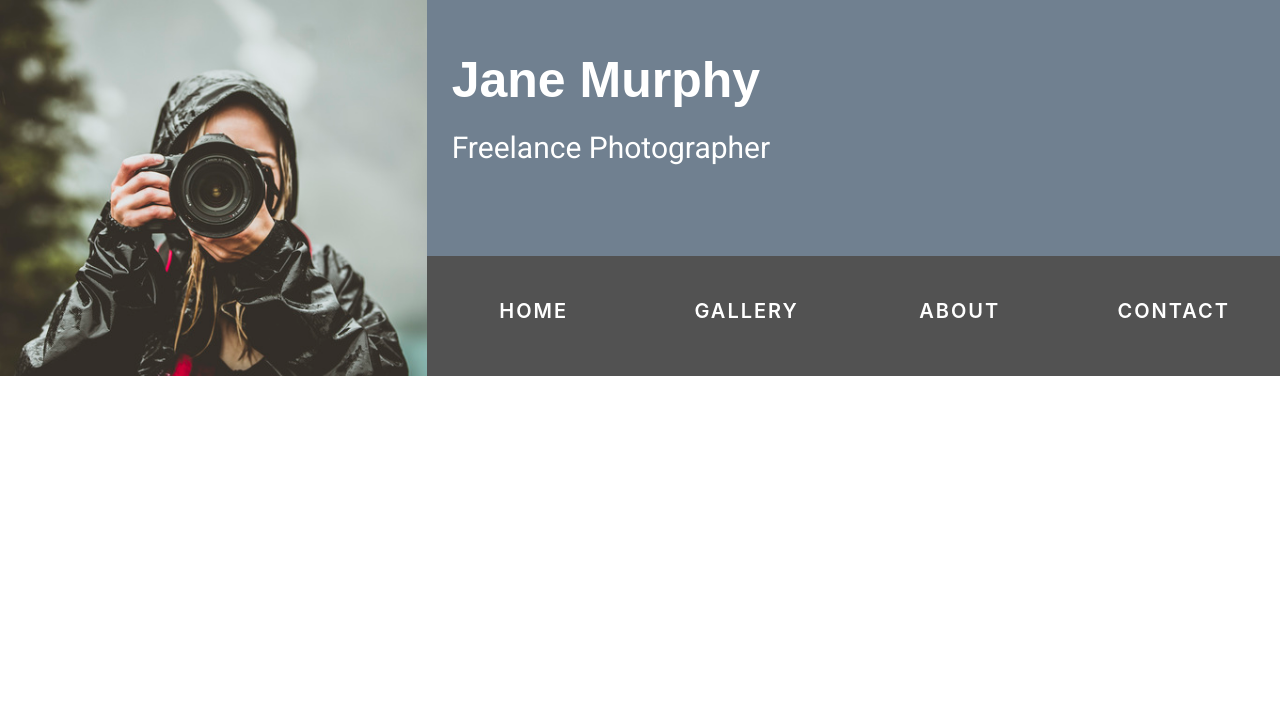
Repository: Code-Institute-Submissions/MrChrisRandall-milestone-1
Page: contact.html
The author's editor kept a record of every edit. The page is drawn from the files as they stood at one moment, then again after the next edit.
The browser window is 1280 px wide. The pictures show the whole page.

Above is the page before.

### contact.html
<!DOCTYPE html>
<html lang="en">

<head>
    <meta charset="UTF-8">
    <meta name="viewport" content="width=device-width, initial-scale=1.0">
    <meta http-equiv="X-UA-Compatible" content="ie=edge">
    <link rel="stylesheet" href="https://stackpath.bootstrapcdn.com/bootstrap/4.3.1/css/bootstrap.min.css" type="text/css" />
    <link rel="stylesheet" href="https://stackpath.bootstrapcdn.com/font-awesome/4.7.0/css/font-awesome.min.css" type="text/css" />
    <link rel="stylesheet" href="https://cdnjs.cloudflare.com/ajax/libs/hover.css/2.3.1/css/hover-min.css" type="text/css" />
    <link rel="stylesheet" href="assets/css/style.css" type="text/css" />
    <title>Studio 21</title>
</head>

<body>
    <header>
        <div class="row no-gutters">
            <a href="contact.html" class="col-md-4 logo">

            </a>
            <div class="col-md-8">
                <div class="row no-gutters bg-color-name-title">
                    <div class="col heading">
                        <h1 class="name">Jane Murphy</h1>
                        <h2 class="title">Freelance Photographer</h2>
                    </div>
                </div>
                <div class="row no-gutters">
                    <div class="col">
                        <ul id="nav" class="list-inline menucontainer">
                            <li class="col-2 col-sm-3 ui-menu-color-home list-inline-item menuitem">
                                <a href="#" class="hvr-grow-shadow"><span>Home</span></a>
                            </li>
                            <li class="col-2 col-sm-3 ui-menu-color-gallery list-inline-item menuitem">
                                <a href="#" class="hvr-grow-shadow"><span>Gallery</span></a>
                            </li>
                            <li class="col-2 col-sm-3 ui-menu-color-about list-inline-item menuitem">
                                <a href="#"class="hvr-grow-shadow"><span>About</span></a>
                            </li>
                            <li class="col-2 col-sm-3 ui-menu-color-contact list-inline-item menuitem">
                                <a href="#" class="hvr-grow-shadow"><span>Contact</span></a>
                            </li>
                        </ul>
                    </div>
                </div>

            </div>
        </div>

    </header>

    <section>

### assets/css/style.css
@import url('https://fonts.googleapis.com/css?family=Roboto&display=swap:100,200,300,400,500,600,700|Exo:100,200,300,400,500,600,700');


/*--------------------------------------------------Colors*/

.bg-color-name-title {
    background-color: #708090;
}

.ui-menu-color-home {
    background-color: #525252;
}

.ui-menu-color-gallery {
    background-color: #525252;
}

.ui-menu-color-about {
    background-color: #525252;
}

.ui-menu-color-contact {
    background-color: #525252;
}

/*--------------------------------------------------General*/

h1,
h2,
h3,
h4 {
    margin: 0;
}

.uppercase {
    text-transform: uppercase;
}

.general-sub {
    font-family: "Exo", sans-serif;
    font-weight: 300;
    color: #fafafa
}

.inline-block {
    display: inline-block;
}

.row-table {
    display: table;
}

.section-column {
    display: table-cell;
    padding: 0 30px 30px;
    float: none;
}

.history-heading,
.section-heading {
    font-family: "Exo", sans-serif;
    font-weight: 300;
    margin-top: 25px;
    margin-bottom: 40px;
}

/*--------------------------------------------------Header*/

.header {
    margin: 0;
}

.heading {
    margin-left: 25px;
}

.logo {
    background: url(../images/pic.jpg);
    background-position: center;
    background-repeat: no-repeat;
    background-size: cover;
    min-height: 360px;
}

.name {
    font-family: "Exo", sans-serif;
    font-weight: 600;
    font-size: 50px;
    margin-top: 50px;
    color: #fff;
}

.title {
    font-family: "Roboto", sans-serif;
    font-weight: 400;
    font-size: 30px;
    margin-top: 20px;
    margin-bottom: 90px;
    color: #fff;
}

.list-inline-item:not(:last-child) {
    margin: 0;
}

.menucontainer {
    font-size: 0;
}

#nav {
    margin: 0;
}

#nav li {
    font-size: 14px;
    padding: 0;
}

.menuitem {
    height: 120px;
    text-align: center;
    padding: 0;
}

.menuitem a {
    width: 100%;
    text-decoration: none;
    color: #fff;
    height: 120px;
}

.menuitem span {
    display: block;
    width: 100%;
    padding-top: 40px;
    text-align: center;
    text-transform: uppercase;
    font-size: 20px;
    font-weight: 600;
    letter-spacing: 2px;
}

/*--------------------------------------------------Footer*/

footer {
    background-color: #525252;
    color: #fafafa;
    min-height: 120px;
    margin: 0;
}

.contact-link i {
    width: 32px;
    height: 32px;
    padding: 12px 0;
    border-radius: 50%;
    font-size: 13px;
    line-height: 7px;
    text-align: center;
    color: #fafafa;
    background: #8f8f8f;
    transition: all 0.35s ease-in-out;
    -moz-transition: all 0.35s ease-in-out;
    -webkit-transition: all 0.35s ease-in-out;
    -o-transition: all 0.35s ease-in-out;
}

.social-links {
    padding-bottom: 15px;
}

.social-links li a i {
    width: 32px;
    height: 32px;
    padding: 12px 0;
    border-radius: 50%;
    font-size: 13px;
    line-height: 7px;
    text-align: center;
    color: #fafafa;
    background: #8f8f8f;
    transition: all 0.35s ease-in-out;
    -moz-transition: all 0.35s ease-in-out;
    -webkit-transition: all 0.35s ease-in-out;
    -o-transition: all 0.35s ease-in-out;
}

.social-links li a i:hover {
    background: #708090;
}

#footer-details {
    padding: 20px;
}

/*--------------------------------------------------Personal Info*/

.personal-info-item {
    margin-bottom: 20px;
    display: block;
    clear: both;
}

.personal-info-item .key,
.personal-info-item .value {
    padding-right: 8px;
    display: inline-block;
}

.personal-info-item .key p,
.personal-info-item .value p {
    margin: 0;
}

.personal-info-item .key {
    width: 30%;
    margin-right: 21px;
    padding-top: 2px;
    vertical-align: top;
}

.personal-info-item .key p {
    font-weight: 700;
}

.personal-info-item .value {
    position: relative;
    width: 60%;
}

/*--------------------------------------------------Contact Form*/

.contact-heading {
    font-family: "Exo", sans-serif;
    font-weight: 300;
    margin-top: 25px;
    margin-bottom: 20px;
}

.center-form {
    padding-top: 10px;
    margin: 0 auto;
    max-width: 70%;
}

button[type="submit"] {
    margin-top: 15px;
    margin-bottom: 20px;
    color: #fafafa;
    background-color: #e84610;
}

/*--------------------------------------------------Gallery*/

.flex-container {
    width: 1280px;
    min-height: 500px;
    background: #fff;
    margin: 70px auto 0;
    display: flex;
    flex-direction: row;
    flex-wrap: wrap;
}

.flex-container .box {
    position: relative;
    width: 250px;
    height: 250px;
    background: #000000;
    margin: 25px;
    display: inline-block
}

.flex-container .box .imgBox {
    position: relative;
}

.flex-container .box .imgBox img {
    max-width: 100%;
    transform: transition 2s;
}
.flex-container .box:hover .imgBox {

}

After the next edit:
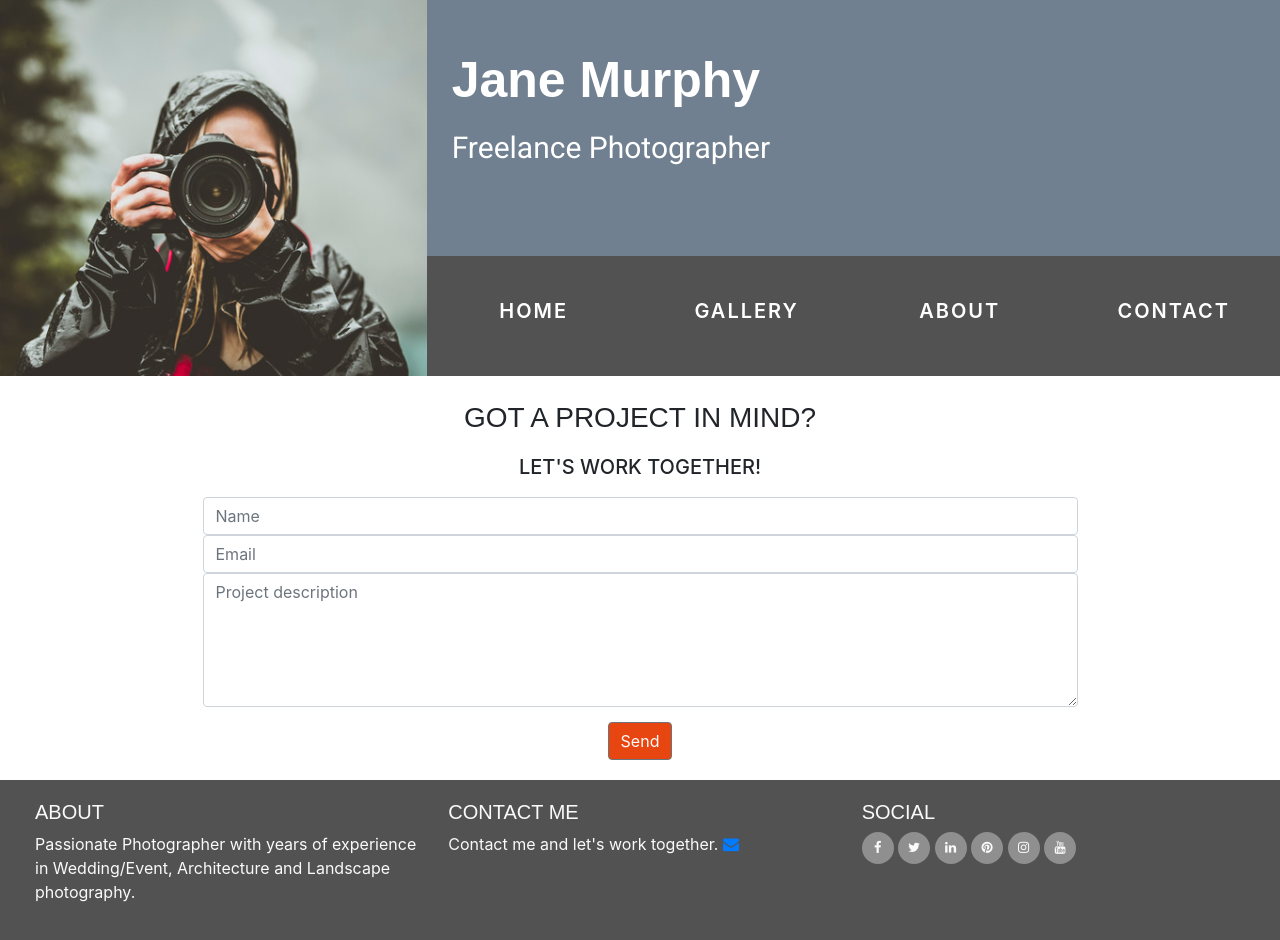
The edit:
--- a/contact.html
+++ b/contact.html
@@ -15,7 +15,7 @@
 <body>
     <header>
         <div class="row no-gutters">
-            <a href="contact.html" class="col-md-4 logo">
+            <a href="index.html" class="col-md-4 logo">
 
             </a>
             <div class="col-md-8">
@@ -35,7 +35,7 @@
                                 <a href="#" class="hvr-grow-shadow"><span>Gallery</span></a>
                             </li>
                             <li class="col-2 col-sm-3 ui-menu-color-about list-inline-item menuitem">
-                                <a href="#"class="hvr-grow-shadow"><span>About</span></a>
+                                <a href="#" class="hvr-grow-shadow"><span>About</span></a>
                             </li>
                             <li class="col-2 col-sm-3 ui-menu-color-contact list-inline-item menuitem">
                                 <a href="#" class="hvr-grow-shadow"><span>Contact</span></a>
@@ -49,4 +49,91 @@
 
     </header>
 
-    <section>
+   <section class="container-fluid">
+        <div class="row bg-color-contact">
+            <div class="col">
+                <h3 class="contact-heading uppercase text-center">Got a project in mind?</h3>
+                <h5 class="uppercase text-center">Let's work together!</h5>
+
+                <div class="center-form">
+                    <form>
+                        <input type="text" name="name" id="fullname" class="form-control" placeholder="Name" required />
+                        <input type="email" name="email" id="emailaddress" class="form-control" placeholder="Email" required />
+                        <textarea rows="5" name="projectsummary" id="projectsummary" class="form-control" placeholder="Project description" required></textarea>
+                        <div class="form-row text-center">
+                            <div class="col">
+                                <button type="submit" class="btn btn-secondary">Send</button>
+                            </div>
+                        </div>
+                    </form>
+                </div>
+            </div>
+        </div>
+
+    </section>
+
+    <footer class="container-fluid">
+        <div id="footer-details" class="row">
+            <div class="col-sm-4">
+                <h5 class="uppercase general-sub">About</h5>
+                <p class="inline-block">
+                    Passionate Photographer with years of experience in Wedding/Event, Architecture and Landscape photography.
+                </p>
+            </div>
+            <div class="col-sm-4">
+                <h5 class="uppercase general-sub">Contact Me</h5>
+                <p class="inline-block">
+                    Contact me and let's work together.
+                    <a href="contact.html" class="contant-link">
+                        <i class="fa fa-envelope" aria-hidden="true"></i>
+                        <span class="sr-only">Contact link.</span>
+                    </a>
+                </p>
+            </div>
+            <div class="col-sm-4">
+                <h5 class="uppercase general-sub">Social</h5>
+                <ul class="list-inline social-links">
+                    <li class="list-inline-item">
+                        <a target="_blank" href="#">
+                            <i class="fa fa-facebook" aria-hidden="true"></i>
+                            <span class="sr-only">Facebook</span>
+                        </a>
+                    </li>
+                    <li class="list-inline-item">
+                        <a target="_blank" href="#">
+                            <i class="fa fa-twitter" aria-hidden="true"></i>
+                            <span class="sr-only">Twitter</span>
+                        </a>
+                    </li>
+                    <li class="list-inline-item">
+                        <a target="_blank" href="#">
+                            <i class="fa fa-linkedin" aria-hidden="true"></i>
+                            <span class="sr-only">LinkedIn</span>
+                        </a>
+                    </li>
+                    <li class="list-inline-item">
+                        <a target="_blank" href="#">
+                            <i class="fa fa-pinterest" aria-hidden="true"></i>
+                            <span class="sr-only">Pinterest</span>
+                        </a>
+                    </li>
+                    <li class="list-inline-item">
+                        <a target="_blank" href="#">
+                            <i class="fa fa-instagram" aria-hidden="true"></i>
+                            <span class="sr-only">Instagram</span>
+                        </a>
+                    </li>
+                    <li class="list-inline-item">
+                        <a target="_blank" href="#">
+                            <i class="fa fa-youtube" aria-hidden="true"></i>
+                            <span class="sr-only">YouTube</span>
+                        </a>
+                    </li>
+                </ul>
+            </div>
+        </div>
+    </footer>
+
+</body>
+
+</html>
